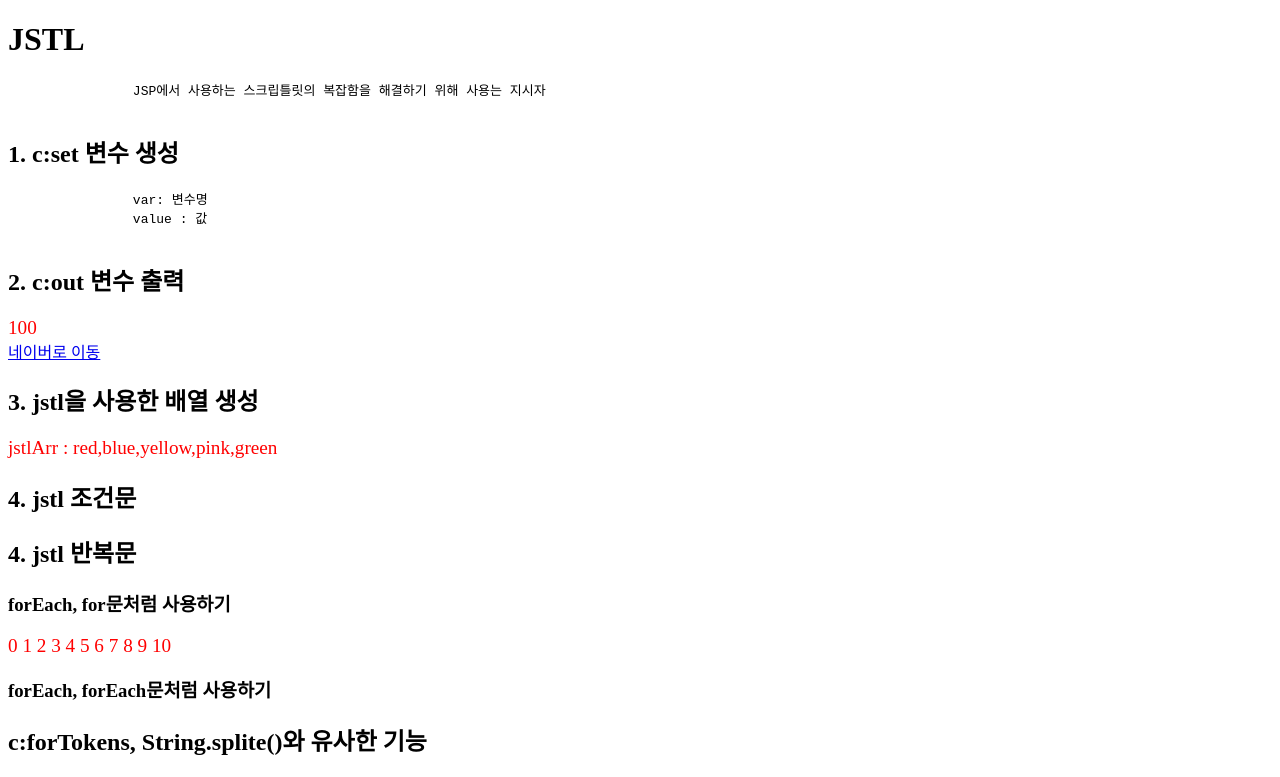
Repository: vaynel/StudyFile
Page: http://localhost/spring04_jsp/jstl
An editor plug-in stored every save of this project. The page is shown before and after the next save, followed by the edit.
The browser window is 1280 px wide. The pictures show the whole page.
The page is served by Tomcat 9. Other server files are loaded and not shown.

Above is the page before, as saved 2023-01-20 02:26:10.

### H_spring/spring04_jsp/WebContent/WEB-INF/views/el-jstl/jstl.jsp
<%@ page language="java" contentType="text/html; charset=UTF-8"
    pageEncoding="UTF-8"%>
<%@ taglib prefix="c" uri="http://java.sun.com/jsp/jstl/core" %>
<!DOCTYPE html>
<html>
<head>
<meta charset="UTF-8">
<title>Insert title here</title>
<style type="text/css">
	span{
		display: block;
		font-size:1.5vw;
		color:red;
	}
</style>
</head>
<body>
<h1>JSTL</h1>
	<pre>
		JSP에서 사용하는 스크립틀릿의 복잡함을 해결하기 위해 사용는 지시자
	</pre>
	<h2>1. c:set 변수 생성</h2>
	<pre>
		var: 변수명
		value : 값
	</pre>
	<c:set var="num1" value="100"></c:set>
	<c:set var="html" value="<a href='https://www.naver.com'>네이버로 이동 </a>"></c:set>

	<h2>2. c:out 변수 출력</h2>
	<span><c:out value="${num1}"></c:out></span>
	${html}

	<h2>3. jstl을 사용한 배열 생성</h2>
	<c:set var="jstlArr">
		red,blue,yellow,pink,green
	</c:set>
	<span>jstlArr : <c:out value="${jstlArr}"></c:out></span>

	<h2>4. jstl 조건문</h2>

	<h2>4. jstl 반복문</h2>
	<h3>forEach, for문처럼 사용하기</h3>
	<span>
		<c:forEach var="i" begin="0" end ="10" step="1">
			${i}
		</c:forEach>
	</span>

	<h3>forEach, forEach문처럼 사용하기</h3>


	<h2>c:forTokens, String.splite()와 유사한 기능</h2>

























</body>
</html>

### H_spring/spring04_jsp/ src/com/mc/jsp/C_JSTL.java
package com.mc.jsp;

import java.io.IOException;
import javax.servlet.ServletException;
import javax.servlet.annotation.WebServlet;
import javax.servlet.http.HttpServlet;
import javax.servlet.http.HttpServletRequest;
import javax.servlet.http.HttpServletResponse;

/**
 * Servlet implementation class C_JSTL
 */
@WebServlet("/jstl")
public class C_JSTL extends HttpServlet {
	private static final long serialVersionUID = 1L;

    /**
     * @see HttpServlet#HttpServlet()
     */
    public C_JSTL() {
        super();
        // TODO Auto-generated constructor stub
    }

	/**
	 * @see HttpServlet#doGet(HttpServletRequest request, HttpServletResponse response)
	 */
	protected void doGet(HttpServletRequest request, HttpServletResponse response) throws ServletException, IOException {
		// TODO Auto-generated method stub
		request.getRequestDispatcher("/WEB-INF/views/el-jstl/jstl.jsp").forward(request, response);
	}

	/**
	 * @see HttpServlet#doPost(HttpServletRequest request, HttpServletResponse response)
	 */
	protected void doPost(HttpServletRequest request, HttpServletResponse response) throws ServletException, IOException {
		// TODO Auto-generated method stub
		doGet(request, response);
	}

}

After the next save:
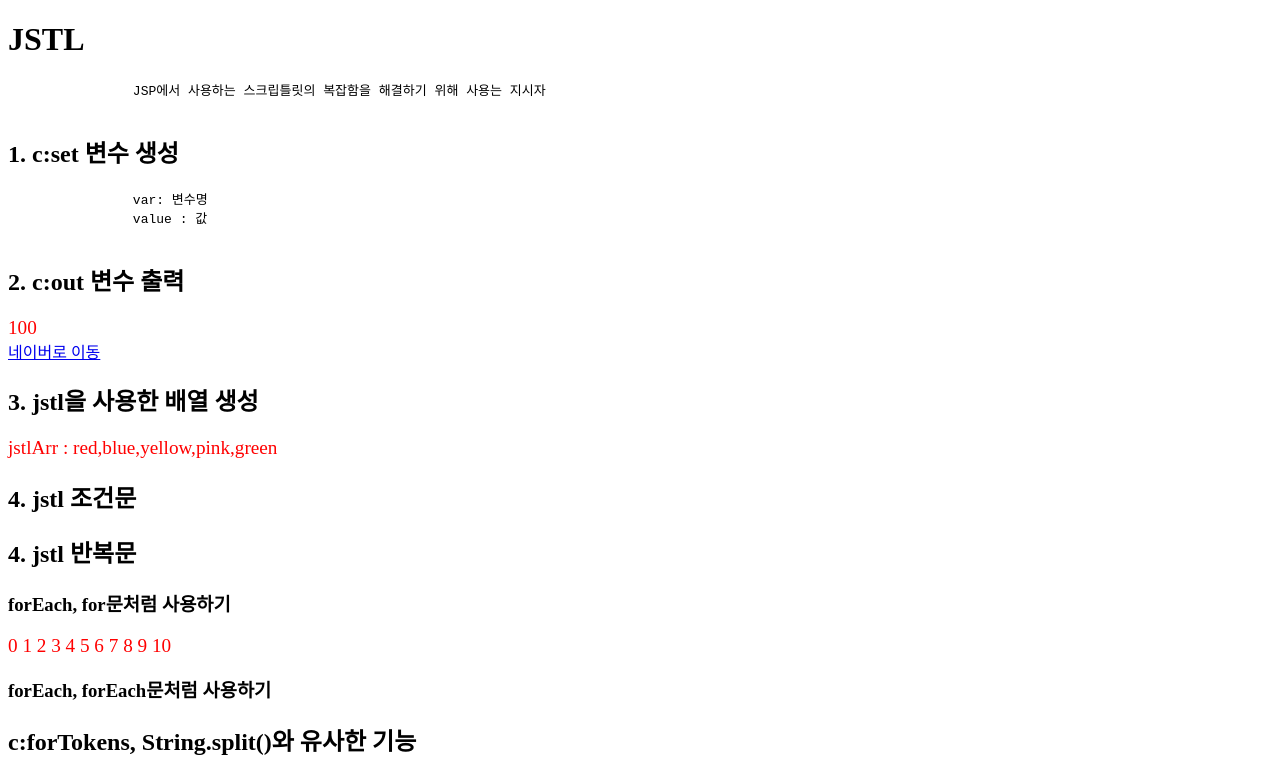
Saved 8 s later.
--- a/H_spring/spring04_jsp/WebContent/WEB-INF/views/el-jstl/jstl.jsp
+++ b/H_spring/spring04_jsp/WebContent/WEB-INF/views/el-jstl/jstl.jsp
@@ -50,7 +50,7 @@
 	<h3>forEach, forEach문처럼 사용하기</h3>
 
 
-	<h2>c:forTokens, String.splite()와 유사한 기능</h2>
+	<h2>c:forTokens, String.split()와 유사한 기능</h2>
 
 
 
